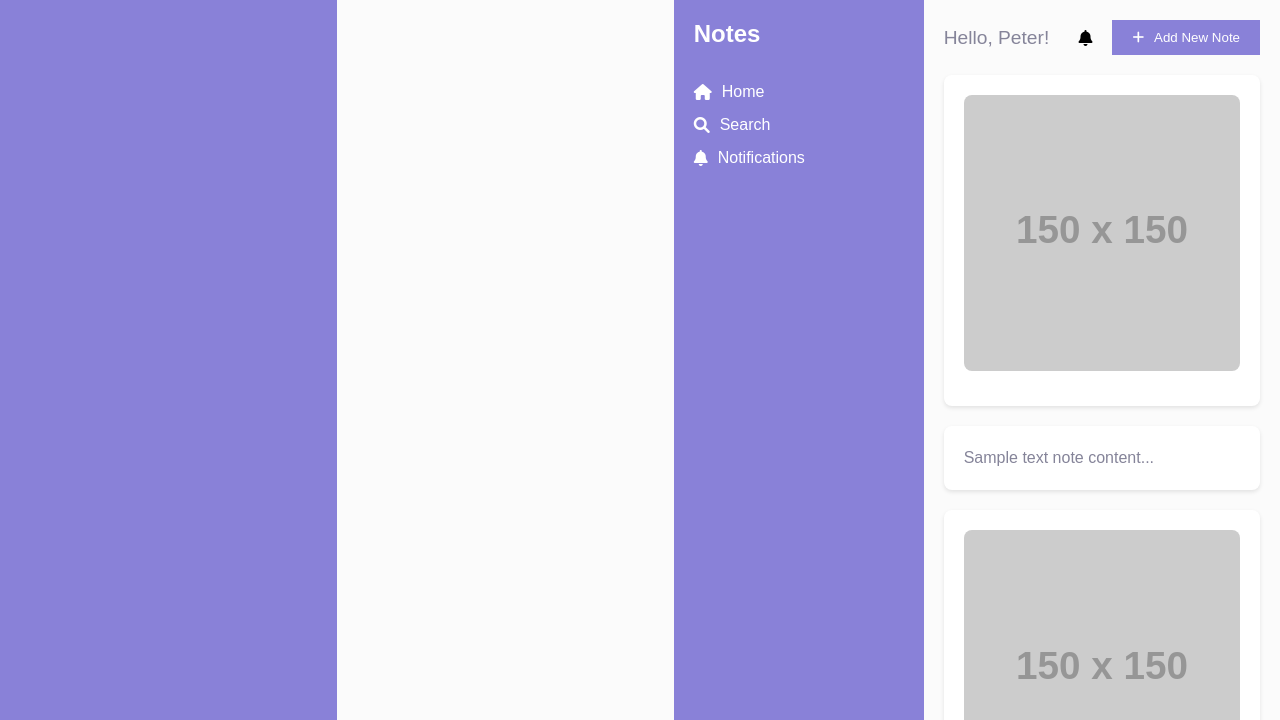
Repository: SatenikGabrielyan/HTML_CSS-_Assignment
Page: index.html
These files come from the project's save history. The page is drawn as it stood at one moment and after a run of saves; the edit follows.
The browser window is 1280 px wide. The pictures show the whole page.

Above is the page before, as saved 2025-03-16 23:52:28.

### index.html
<!DOCTYPE html>
<html lang="en">
  <head>
    <meta charset="UTF-8" />
    <meta name="viewport" content="width=device-width, initial-scale=1.0" />
    <title>Notes App</title>
    <link rel="stylesheet" href="./style.css" />
    <!-- Include Font Awesome for icons -->
    <link href="https://cdnjs.cloudflare.com/ajax/libs/font-awesome/6.0.0-beta3/css/all.min.css" rel="stylesheet"/>
  </head>
  <body>
      <div class="cont">
          <div class="purp"></div>
          <div class="whit"></div>
      </div>
    <div class="container">
      <!-- Sidebar -->
      <nav class="sidebar">
        <div class="sidebar-header">
          <h2>Notes</h2>
        </div>
        <ul class="sidebar-list">
          <li><i class="fas fa-home"></i> Home</li>
          <li><i class="fas fa-search"></i> Search</li>
          <li><i class="fas fa-bell"></i> Notifications</li>
        </ul>
      </nav>
      <!-- Main Content -->
      <main class="main-content">
        <header>
          <div class="header-left">
            <p>Hello, Peter!</p>
          </div>
          <div class="header-right">
            <i class="fas fa-bell"></i>
            <button class="add-note-btn">
              <i class="fas fa-plus"></i> Add New Note
            </button>
          </div>
        </header>
        <section class="notes-grid">
          <!-- Note Item -->
          <div class="note-item image-note">
            <img src="https://via.placeholder.com/150" alt="Note Image" />
          </div>
          <!-- Note Item -->
          <div class="note-item text-note">
            <p>Sample text note content...</p>
          </div>
          <!-- Note Item -->
          <div class="note-item mixed-note">
            <img src="https://via.placeholder.com/150" alt="Note Image" />
            <p>Sample mixed note content...</p>
          </div>
          <!-- Additional notes can be added similarly -->
        </section>
      </main>
    </div>
  </body>
</html>

### style.css
/* CSS Variables for Colors */
:root {
    --bg-color: #fbfbfb;
    --primary-color: #8981d8;
    --secondary-color: #d0d0d0;
    --text-color: #858499;
    --highlight-color: #7f77cc;
    --hover-color: rgba(137, 129, 216, 0.5);
  }

  /* General Reset */
  * {
    margin: 0;
    padding: 0;
    box-sizing: border-box;
  }

  body {
    font-family: Arial, sans-serif;
    background-color: var(--bg-color);
    display: flex;
    height: 100vh;
  }
  .cont{
      display: flex;
      width: 100%;
      z-index: -1;
  }
.purp {
    width: 50%;
    background-color: var(--primary-color);
    flex-direction: row;
}
.whit {
    width: 0%;
    background-color: white;
    flex-direction: row;
}
  .container {
    display: flex;
    width: 90%;
  }

  /* Sidebar Styling */
  .sidebar {
    width: 250px;
    background-color: var(--primary-color);
    color: #fff;
    display: flex;
    flex-direction: column;
    padding: 20px;
  }

  .sidebar-header h2 {
    margin-bottom: 20px;
  }

  .sidebar-list {
    list-style: none;
  }

  .sidebar-list li {
    margin: 15px 0;
    display: flex;
    align-items: center;
    cursor: pointer;
  }

  .sidebar-list li i {
    margin-right: 10px;
  }

  /* Main Content Styling */
  .main-content {
    flex-grow: 1;
    padding: 20px;
    overflow-y: auto;
  }

  header {
    display: flex;
    justify-content: space-between;
    align-items: center;
    margin-bottom: 20px;
  }

  .header-left p {
    font-size: 1.2em;
    color: var(--text-color);
  }

  .header-right {
    display: flex;
    align-items: center;
  }

  .header-right i {
    margin-right: 20px;
    cursor: pointer;
  }

  .add-note-btn {
    background-color: var(--primary-color);
    color: #fff;
    border: none;
    padding: 10px 20px;
    cursor: pointer;
    display: flex;
    align-items: center;
  }

  .add-note-btn i {
    margin-right: 10px;
  }

  /* Notes Grid Styling */
  .notes-grid {
    display: grid;
    grid-template-columns: repeat(auto-fill, minmax(300px, 1fr));
    gap: 20px;
  }

  .note-item {
    background-color: #fff;
    border-radius: 8px;
    box-shadow: 0 2px 4px rgba(0, 0, 0, 0.1);
    overflow: hidden;
    display: flex;
    flex-direction: column;
    padding: 20px;
  }

  .note-item img {
    width: 100%;
    height: auto;
    border-radius: 8px;
    margin-bottom: 15px;
  }

  .note-item p {
    color: var(--text-color);
    font-size: 1em;
    line-height: 1.5;
  }

  /* Hover Effect for Filter Buttons */
  .sidebar-list li:hover {
    background-color: var(--highlight-color);
    transition: background-color 0.3s ease;
  }

  /* Mobile Responsiveness */
  @media (max-width: 768px) {
    .container {
      flex-direction: column;
    }

    .sidebar {
      width: 100%;
      flex-direction: row;
      justify-content: space-around;
      padding: 10px;
    }

    .sidebar-list {
      display: flex;
      flex-direction: row;
      gap: 15px;
    }

    .sidebar-list li {
      margin: 0;
    }

    .main-content {
      padding: 10px;
    }

    header {
      flex-direction: column;
      align-items: flex-start;
    }

    .header-right {
      margin-top: 10px;
    }

    .notes-grid {
      grid-template-columns: 1fr;
    }

    .note-item {
      padding: 10px;
    }

    .note-item img {
      margin-bottom: 10px;
    }
  }

After the next 2 saves:
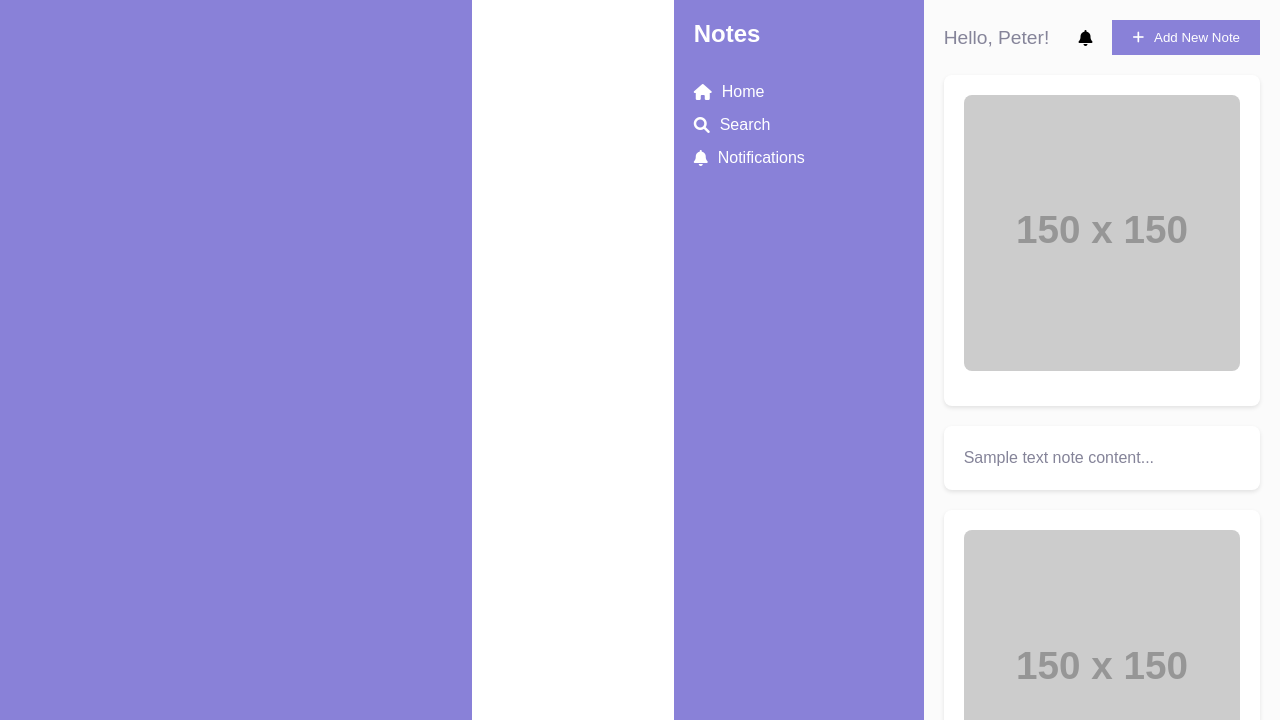
The 2 saves are shown as one change because they came seconds apart.
The last was saved 7 s later.
--- a/style.css
+++ b/style.css
@@ -27,12 +27,12 @@
       z-index: -1;
   }
 .purp {
-    width: 50%;
+    width: 70%;
     background-color: var(--primary-color);
     flex-direction: row;
 }
 .whit {
-    width: 0%;
+    width: 30%;
     background-color: white;
     flex-direction: row;
 }
